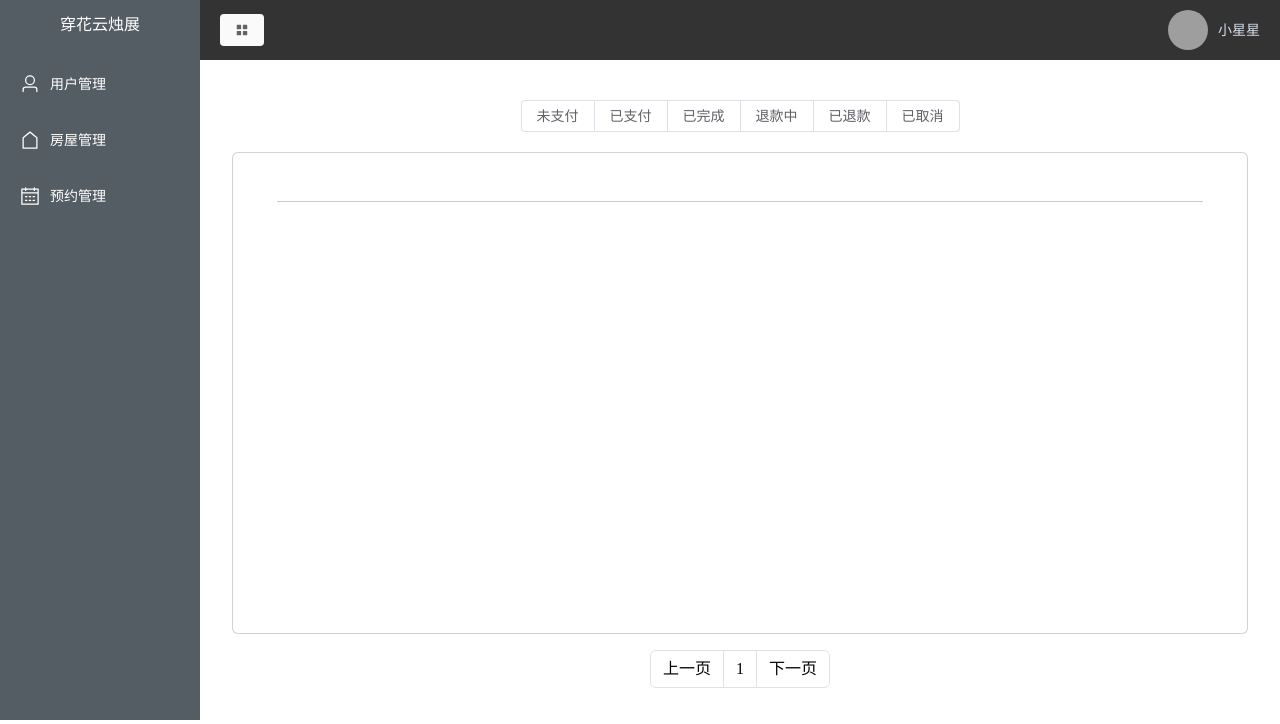
Repository: 3403784285-lucky/test-vue-big
Page: /manage/preview
These files come from the project's save history. The page is drawn as it stood at one moment and after the next save; the edit follows.
The browser window is 1280 px wide. The pictures show the whole page.
Pictures or frames that could not be fetched are drawn as grey boxes. The page's requests for data from a server got no answer. The project was rebuilt for these pictures with package versions that can differ from the ones it lists, and the page was loaded fresh each time. No one was signed in, and anything a server would have sent is missing. Also part of the build but not shown: vite.config.js, src/components/HelloWorld.vue, src/components/WelcomeItem.vue, src/components/icons/IconDocumentation.vue, src/components/icons/IconTooling.vue, src/components/icons/IconEcosystem.vue, src/components/icons/IconCommunity.vue, src/components/icons/IconSupport.vue and 2 more. Imported but missing from the stored project, and not drawn on this page: src/views/user/UserPassword.vue.

Above is the page before, as saved 2024-06-22 11:24:18.

After the next save:
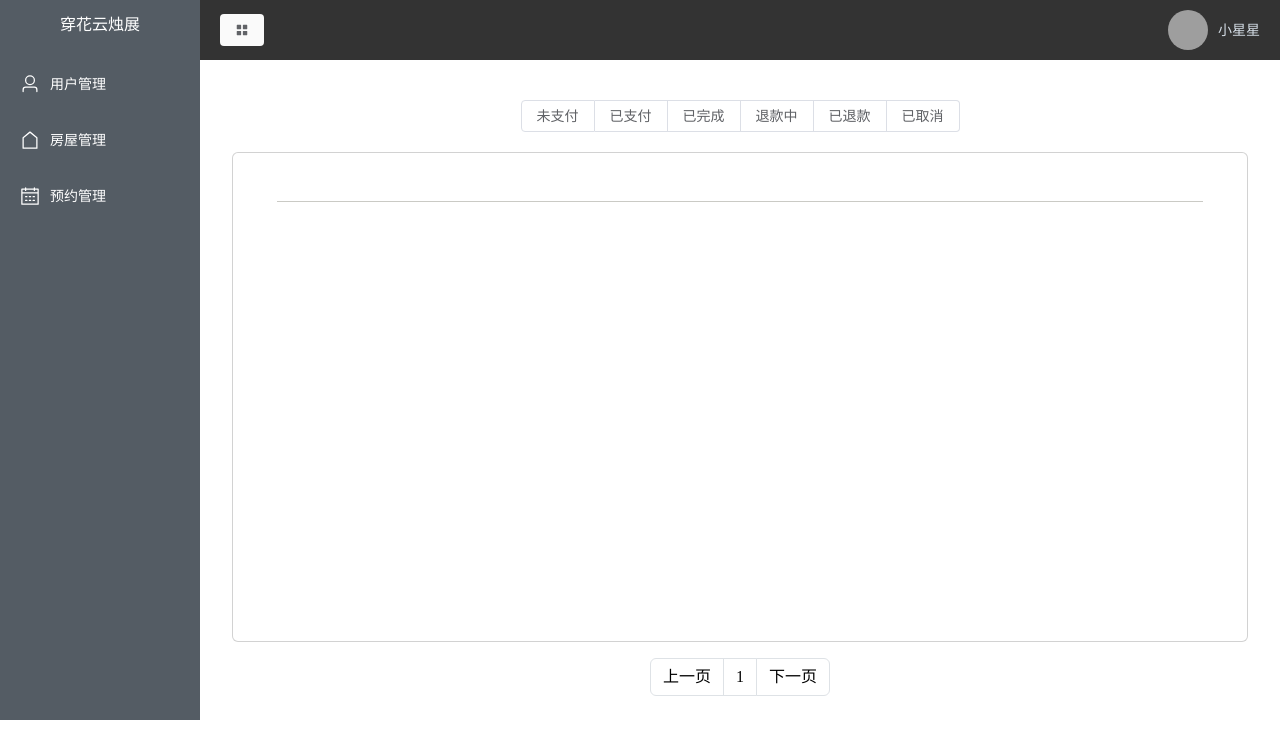
Saved 4 s later.
--- a/src/views/back/PreviewManage.vue
+++ b/src/views/back/PreviewManage.vue
@@ -270,7 +270,7 @@ const nextPage = () => {
 <style scoped>
 .manage-frame {
   padding: 2rem;
-  height: 67vh;
+  height: 68vh;
 
 }
 .test {
